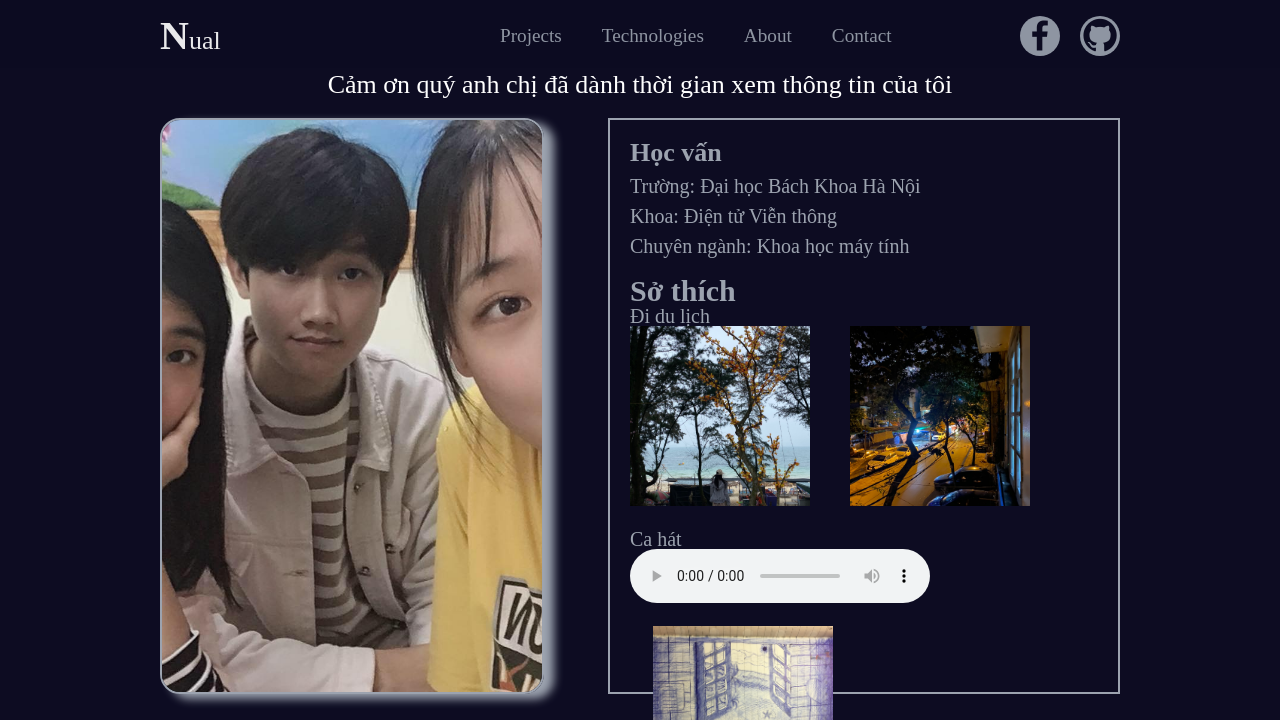
Repository: luanhoang0902/profile-react
Page: /
These files come from the project's save history. The page is drawn as it stood at one moment and after the next save; the edit follows.
The browser window is 1280 px wide. The pictures show the whole page.
The project was rebuilt for these pictures with package versions that can differ from the ones it lists, and the page was loaded fresh each time. Also part of the build but not shown: src/css/Projects.css, src/features/Projects.jsx, src/css/Technologies.css, src/features/Technologies.jsx, src/css/About.css, src/features/About.jsx, src/css/Contact.css, src/features/Contact.jsx.

Above is the page before, as saved 2022-05-22 19:56:57.

After the next save:
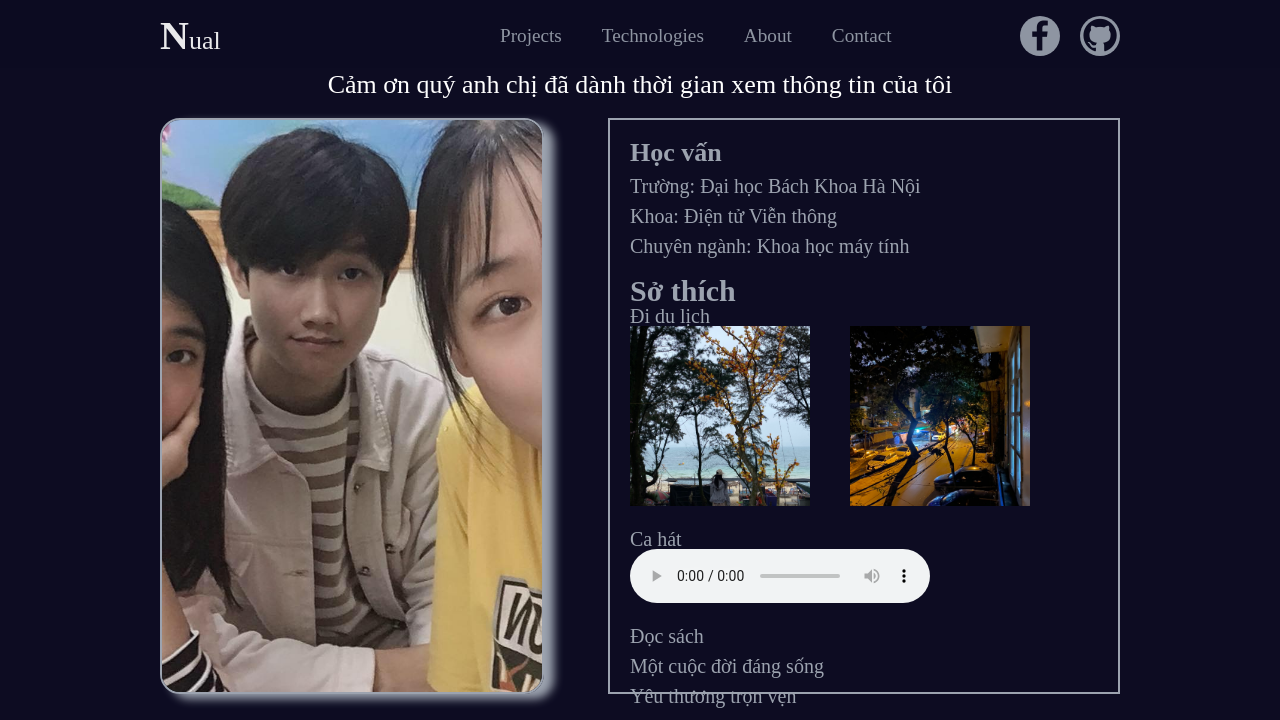
Saved 24 s later.
--- a/src/components/Home.jsx
+++ b/src/components/Home.jsx
@@ -34,8 +34,9 @@
                 <audio src = './autotool.m4a' controls></audio>
                 </div>
                 <div>
-                <b>Vẽ</b>
-                <img src = './paint.jpg'></img>
+                <b>Đọc sách</b>
+                <p>Một cuộc đời đáng sống</p>
+                <p>Yêu thương trọn vẹn</p>
                 </div>
                 </div>
                 <div className="home-infomation__dream"></div>
